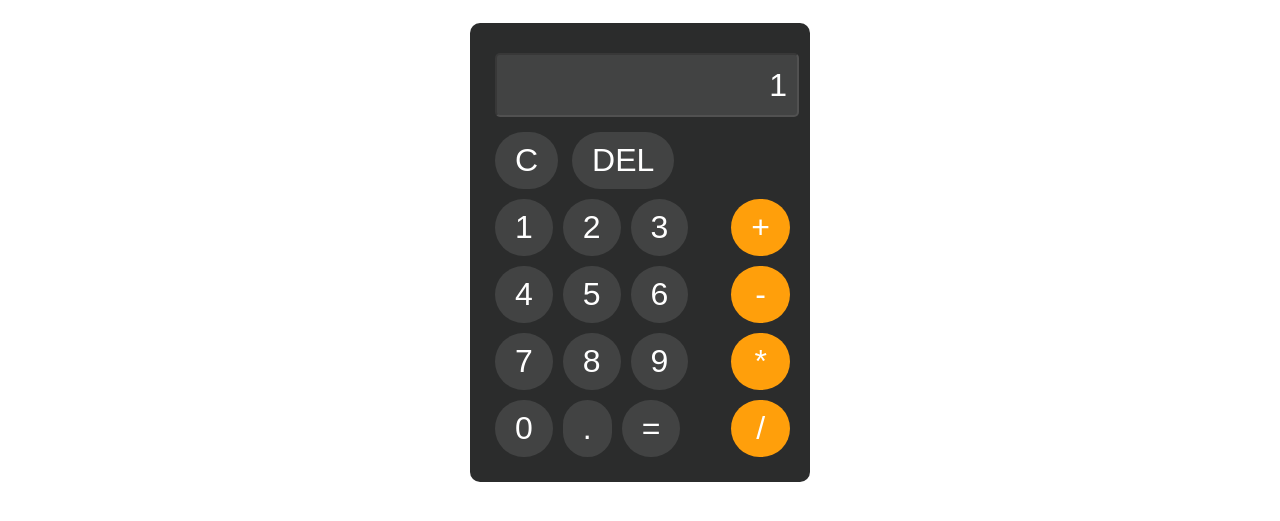
Repository: jaskeat/Calculator
Page: index.html
The author's editor kept a copy of each file at every save. The page is drawn from the files as they stood at one save, then again after the next save.
The browser window is 1280 px wide. The pictures show the whole page.
After loading, the first visible `button.nbtn` was clicked once.

Above is the page before, as saved 2024-09-12 13:26:48.

### index.html
<!DOCTYPE html>
<html lang="en">
	<head>
		<meta charset="UTF-8" />
		<meta name="viewport" content="width=device-width, initial-scale=1.0" />
		<title>Calculator</title>
		<link rel="stylesheet" href="style.css" />
	</head>
	<body>
		<div class="calculator">
			<div class="display">
				<input type="text" class="display-input" value="0" disabled />
			</div>

			<div class="extrabtn">
				<button class="btn" onclick="clearDisplay()">C</button>
				<button class="btn" onclick="deleteLast()">DEL</button>
			</div>

			<div class="buttons">
				<div class="operators">
					<button class="btn">+</button>
					<button class="btn">-</button>
					<button class="btn">*</button>
					<button class="btn">/</button>
				</div>

				<div class="numbers">
					<button class="btn nbtn" onclick="append('1')">1</button>
					<button class="btn nbtn" onclick="append('2')">2</button>
					<button class="btn nbtn" onclick="append('3')">3</button>
					<button class="btn nbtn" onclick="append('4')">4</button>
					<button class="btn nbtn" onclick="append('5')">5</button>
					<button class="btn nbtn" onclick="append('6')">6</button>
					<button class="btn nbtn" onclick="append('7')">7</button>
					<button class="btn nbtn" onclick="append('8')">8</button>
					<button class="btn nbtn" onclick="append('9')">9</button>
					<button class="btn nbtn" onclick="append('0')">0</button>
					<button class="btn nbtn" onclick="append('.')">.</button>
					<button class="btn" onclick="calculate()">=</button>
				</div>
				</div>
			</div>
		</div>
		<script src="script.js"></script>
	</body>
</html>

### style.css
:root {
	--primary-color: #2b2c2c;
	--button-color: #424343;
	--operator-color: #ff9f0b;
}

body {
	display: flex;
	justify-content: center;
	align-items: center;
}

.calculator {
	width: 300px;
	max-width: 600px;
	height: auto;
	margin: 15px;
	padding: 20px;
	background-color: var(--primary-color);
	border-radius: 10px;
}

button {
	border-radius: 30px;
	font-size: 1.3rem;
	background-color: var(--button-color);
	color: white;
	border: none;
}

button:hover {
	background-color: lightgrey;
	cursor: pointer;
}

input {
	width: 280px;
	height: 50px;
	font-size: 2rem;
	text-align: right;
	border-radius: 5px;
	margin: 10px 5px;
	background-color: var(--button-color);
	padding: 5px 10px;
	color: white;
}

.operators {
	display: flex;
	flex-direction: column;
	width: auto;
}

.operators button {
	width: auto;
	height: auto;
	margin: 5px 0;
	background-color: var(--operator-color);
}

.numbers {
	display: flex;
	flex-wrap: wrap;
	height: auto;
	width: 250px;
}

.buttons {
	display: flex;
	flex-direction: row-reverse;
	justify-content: space-between;
	font-size: 2rem;
}

.btn {
	font-size: 2rem;
	padding: 10px 20px;
	margin: 5px;
}

### script.js
function append(number) {
	const display = document.getElementsByClassName("display-input");

	display[0].value = number;
}

After the next save:
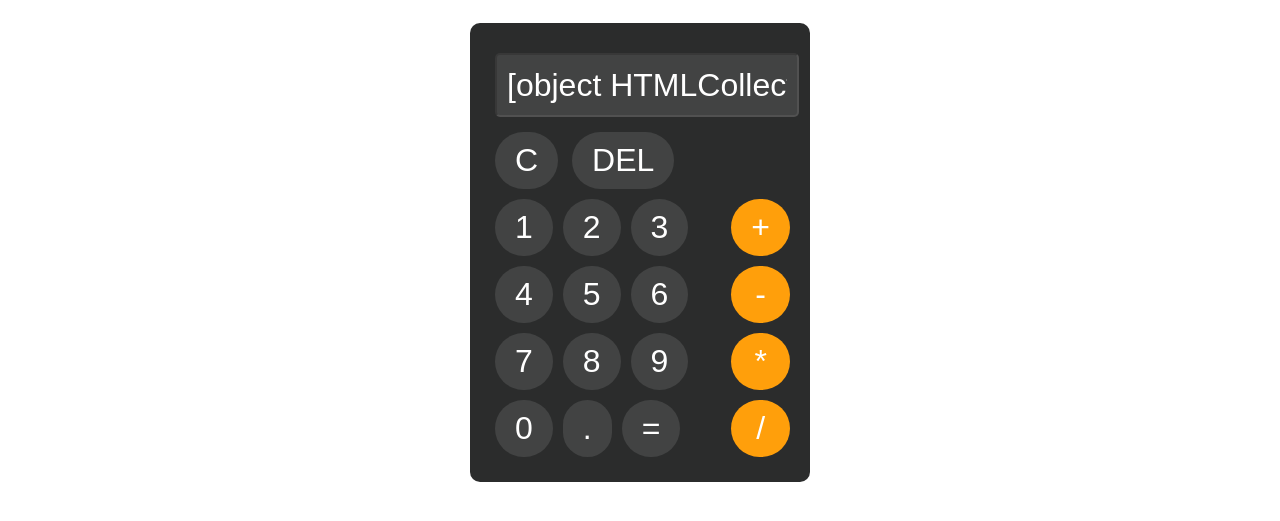
Saved 63 s later.
--- a/script.js
+++ b/script.js
@@ -1,5 +1,5 @@
 function append(number) {
 	const display = document.getElementsByClassName("display-input");
 
-	display[0].value = number;
+	display[0].value = display + number;
 }
